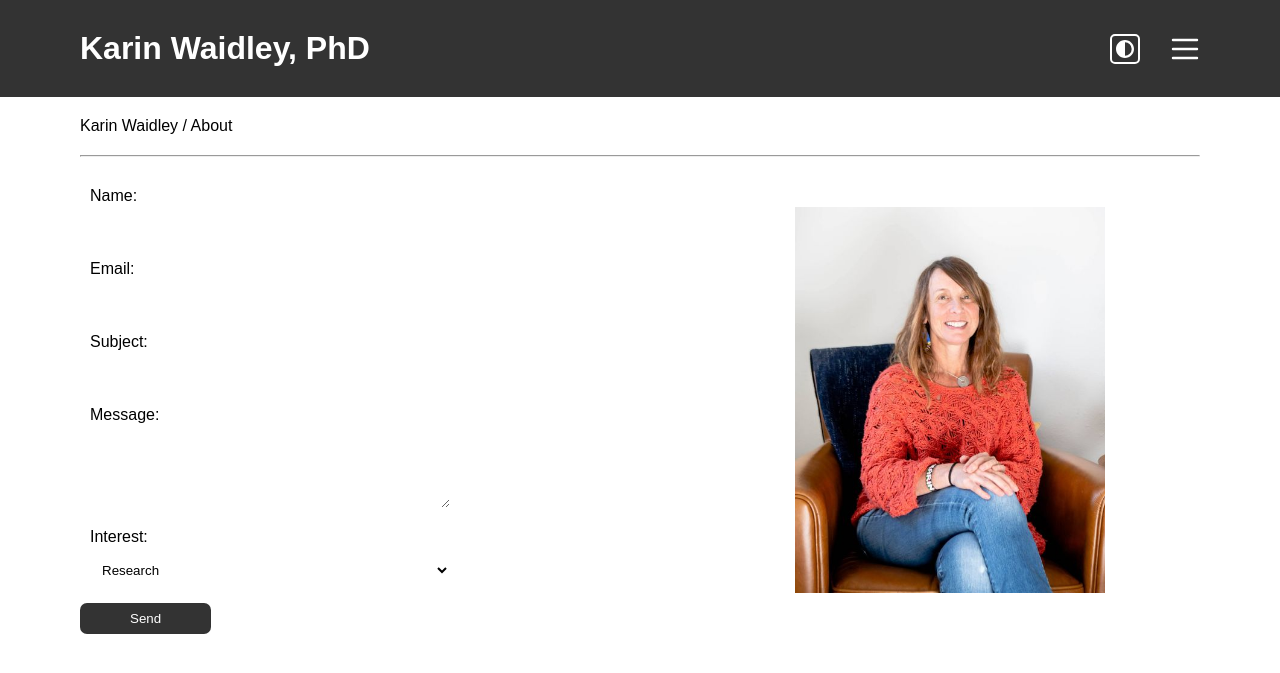
Repository: Ceasor7/Karin
Page: contact.html
The author's editor kept a copy of each file at every save. The page is drawn from the files as they stood at one save, then again after the next save.
The browser window is 1280 px wide. The pictures show the whole page.

Above is the page before, as saved 2023-12-14 15:57:57.

After the next save:
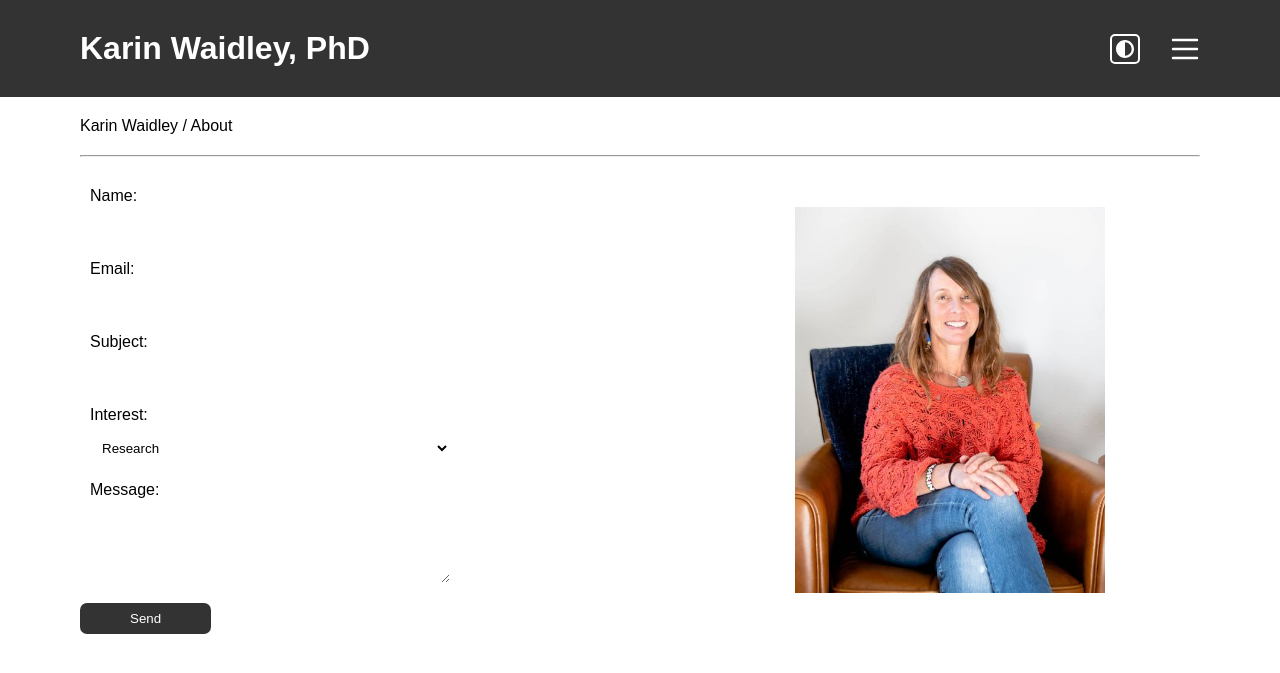
Saved 26 s later.
--- a/contact.html
+++ b/contact.html
@@ -201,9 +201,6 @@
                 <label for="subject">Subject:</label>
                 <input type="text" id="subject" name="subject" required>
 
-                <label for="message">Message:</label>
-                <textarea id="message" name="message" rows="4" required></textarea>
-
                 <label for="interest">Interest:</label>
                 <select id="interest" name="interest">
                     <option value="research">Research</option>
@@ -211,6 +208,11 @@
                     <option value="teaching">Teaching</option>
                     <option value="community-reach">Community Reach</option>
                 </select>
+
+                <label for="message">Message:</label>
+                <textarea id="message" name="message" rows="4" required></textarea>
+
+
             </form>
         </div>
         <!-- New section with image -->
